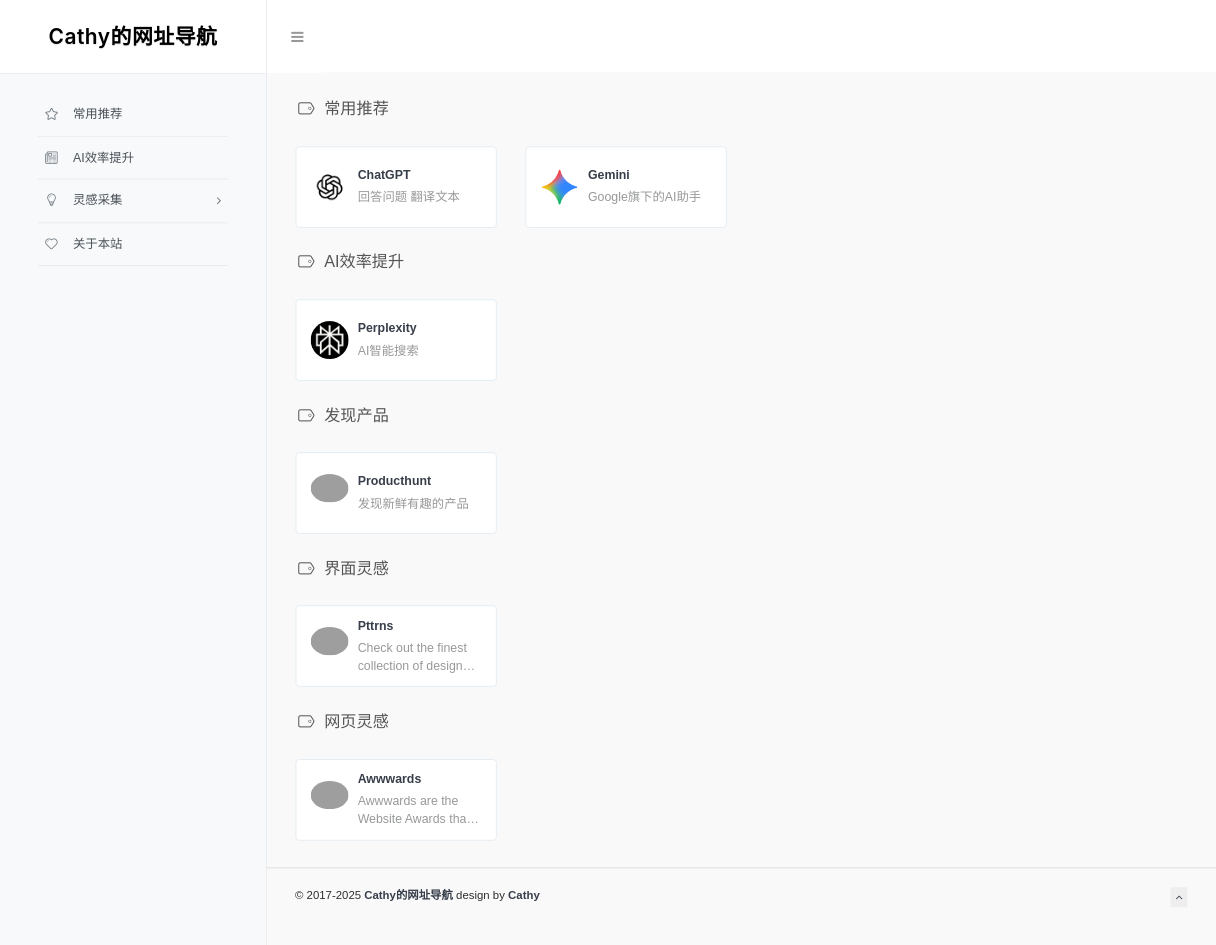
Repository: SweetPomelo0/AINav
Page: cn/index.html
These files come from the project's save history. The page is drawn as it stood at one moment and after the next save; the edit follows.
The browser window is 1280 px wide. The pictures show the whole page, at 95% of full size.
Pictures or frames that could not be fetched are drawn as grey boxes.

Above is the page before, as saved 2025-07-24 23:05:03.

### cn/index.html
<!doctype html>
<html lang="zh">
  <head>
    <meta charset="utf-8" />
    <meta http-equiv="X-UA-Compatible" content="IE=edge" />
    <meta name="viewport" content="width=device-width, initial-scale=1.0" />
    <meta name="author" content="viggo" />
    <title>Cathy的网址导航</title>
    <meta name="keywords" content="Cathy的网址导航,收集工作中常用网址" />
    <meta name="description" content="Cathy的网址导航,收集工作中常用网址" />
    <link rel="shortcut icon" href="../assets/images/favicon.png" />
    <link
      rel="stylesheet"
      href="http://fonts.googleapis.com/css?family=Arimo:400,700,400italic"
    />
    <link
      rel="stylesheet"
      href="../assets/css/fonts/linecons/css/linecons.css"
    />
    <link
      rel="stylesheet"
      href="../assets/css/fonts/fontawesome/css/font-awesome.min.css"
    />
    <link rel="stylesheet" href="../assets/css/bootstrap.css" />
    <link rel="stylesheet" href="../assets/css/xenon-core.css" />
    <link rel="stylesheet" href="../assets/css/xenon-components.css" />
    <link rel="stylesheet" href="../assets/css/xenon-skins.css" />
    <link rel="stylesheet" href="../assets/css/nav.css" />
    <style>
      /* 自定义logo文字样式 */
      .logo-text {
        text-decoration: none !important;
        display: block;
      }

      .logo-title {
        background: linear-gradient(135deg, #000000 0%, #000000 50%, #000000 100%);
        -webkit-background-clip: text;
        -webkit-text-fill-color: transparent;
        background-clip: text;
        font-size: 22px;
        font-weight: 600;
        font-family: 'Microsoft YaHei', 'PingFang SC', 'SF Pro Display', 'Helvetica Neue', Arial, sans-serif;
        text-decoration: none;
        display: block;
        line-height: 1.3;
        letter-spacing: 0.5px;
        transition: all 0.3s ease;
        text-shadow: 0 1px 1px rgba(0,0,0,0.1);
        text-align: center;
        width: 100%;
        /* 调整上下间距 */
        padding: 5px 0;
      }

      .logo-title-collapsed {
         color: #ffffff;
         font-size: 22px;
         font-weight: 700;
         font-family: 'Microsoft YaHei', 'PingFang SC', 'SF Pro Display', 'Helvetica Neue', Arial, sans-serif;
         text-decoration: none;
         display: inline-block;
         line-height: 1;
         text-align: center;
         width: 42px;
         height: 42px;
         line-height: 42px;
         background: linear-gradient(135deg, #000000 0%, #000000 50%, #000000 100%);
         border-radius: 12px;
         transition: all 0.3s cubic-bezier(0.4, 0, 0.2, 1);
         box-shadow: 0 4px 12px rgba(30, 136, 229, 0.3);
         border: 2px solid rgba(255, 255, 255, 0.1);
       }


      /* 确保logo容器样式 */
       .sidebar-menu .logo-env .logo {
         text-align: center !important;
         width: 100% !important;
         float: none !important;
         display: flex !important;
         justify-content: center !important;
         align-items: center !important;
       }

       /* 添加微妙的发光效果
       .logo-title::before {
         content: '';
         position: absolute;
         top: 0;
         left: 0;
         right: 0;
         bottom: 0;
         background: linear-gradient(135deg, rgba(199, 129, 191, 0.1) 0%, rgba(199, 129, 191, 0.1) 100%);
         border-radius: 8px;
         opacity: 0;
         transition: opacity 0.3s ease;
         z-index: -1;
       }*/

       .logo-text:hover .logo-title::before {
         opacity: 1;
       }

       /* 为logo文字添加相对定位 */
       .logo-title {
         position: relative;
       }

       /* 浅色侧边栏主题样式 */
       .sidebar-menu {
         background: #f8f9fa !important;
         border-right: 1px solid #e9ecef;
         box-shadow: 2px 0 10px rgba(0,0,0,0.1);
       }

       .sidebar-menu .logo-env {
         background: #ffffff;
         border-bottom: 1px solid #e9ecef !important;
         height: 78px;
       }

       .sidebar-menu .main-menu a {
         color: #495057 !important;
         border-bottom: 1px solid #e9ecef !important;
         transition: all 0.3s ease;
       }

       .sidebar-menu .main-menu a:hover {
         color: #007bff !important;
         background: #f1f3f4;
         padding-left: 15px;
         border-left: 3px solid #007bff;
       }

       .sidebar-menu .main-menu li.active > a {
         color: #007bff !important;
         background: #e3f2fd;
         border-left: 3px solid #007bff;
         font-weight: 500;
       }

       .sidebar-menu .main-menu a > i {
         color: #6c757d;
       }

       .sidebar-menu .main-menu a:hover > i,
       .sidebar-menu .main-menu li.active > a > i {
         color: #007bff;
       }

       .sidebar-menu .main-menu li.has-sub > a:before {
         color: #6c757d !important;
       }

       .sidebar-menu .main-menu li.has-sub:hover > a:before,
       .sidebar-menu .main-menu li.has-sub.active > a:before {
         color: #007bff !important;
       }

       /* 子菜单样式 */
       .sidebar-menu .main-menu ul li a {
         color: #6c757d !important;
         padding-left: 35px;
         font-size: 13px;
       }

       .sidebar-menu .main-menu ul li a:hover {
         color: #007bff !important;
         background: #f8f9fa;
         padding-left: 45px;
       }

       .sidebar-menu .main-menu ul li.active > a {
         color: #007bff !important;
         background: #e3f2fd;
         font-weight: 500;
       }

       /* 标签样式调整 */
       .sidebar-menu .main-menu .label {
         background: #28a745;
         color: white;
       }

       .sidebar-menu .main-menu .label-pink {
         background: #e91e63;
       }

       .sidebar-menu .main-menu .label-Primary {
         background: #007bff;
       }
    </style>
    <script src="../assets/js/jquery-1.11.1.min.js"></script>
  </head>

  <body class="page-body">
    <!-- skin-white -->
    <div class="page-container">
      <div class="sidebar-menu toggle-others fixed">
        <div class="sidebar-menu-inner">
          <header class="logo-env">
            <!-- logo -->
            <div class="logo">
              <a href="index.html" class="logo-expanded logo-text">
                <span class="logo-title">Cathy的网址导航</span>
              </a>
              <a href="index.html" class="logo-collapsed logo-text">
                <span class="logo-title-collapsed">C</span>
              </a>
            </div>

          </header>
          <ul id="main-menu" class="main-menu">
            <li>
              <a href="#常用推荐" class="smooth">
                <i class="linecons-star"></i>
                <span class="title">常用推荐</span>
              </a>
            </li>
            <li>
              <a href="#AI效率提升" class="smooth">
                <i class="linecons-doc"></i>
                <span class="title">AI效率提升</span>
              </a>
            </li>
            <li>
              <a>
                <i class="linecons-lightbulb"></i>
                <span class="title">灵感采集</span>
              </a>
              <ul>
                <li>
                  <a href="#发现产品" class="smooth">
                    <span class="title">发现产品</span>
                  </a>
                </li>
                <li>
                  <a href="#界面灵感" class="smooth">
                    <span class="title">界面灵感</span>
                  </a>
                </li>
                <li>
                  <a href="#网页灵感" class="smooth">
                    <span class="title">网页灵感</span>
                    <span class="label label-pink pull-right hidden-collapsed"
                      >Hot</span
                    >
                  </a>
                </li>

              </ul>
            </li>

            <li>
              <a href="about.html">
                <i class="linecons-heart"></i>
                <span class="tooltip-blue">关于本站</span>
                <!-- <span class="label label-Primary pull-right hidden-collapsed"
                  > </span> -->
              </a>
            </li>

          </ul>
        </div>
      </div>
      <div class="main-content">
        <nav class="navbar user-info-navbar" role="navigation">
          <!-- User Info, Notifications and Menu Bar -->
          <!-- Left links for user info navbar -->
          <ul class="user-info-menu left-links list-inline list-unstyled">
            <li class="hidden-sm hidden-xs">
              <a href="#" data-toggle="sidebar">
                <i class="fa-bars"></i>
              </a>
            </li>
        </nav>

        <!-- 常用推荐 -->
        <h4 class="text-gray">
          <i class="linecons-tag" style="margin-right: 7px" id="常用推荐"></i>常用推荐
        </h4>
        <div class="row">
          <div class="col-sm-3">
            <div
              class="xe-widget xe-conversations box2 label-info"
              onclick="window.open('https://chatgpt.com/', '_blank')"
              data-toggle="tooltip"
              data-placement="bottom"
              title=""
              data-original-title="https://chatgpt.com/"
            >
              <div class="xe-comment-entry">
                <a class="xe-user-img">
                  <img
                    data-src="../assets/images/logos/chatgpt.png"
                    class="lozad img-circle"
                    width="40"
                  />
                </a>
                <div class="xe-comment">
                  <a href="#" class="xe-user-name overflowClip_1">
                    <strong>ChatGPT</strong>
                  </a>
                  <p class="overflowClip_2">
                    回答问题 翻译文本
                  </p>
                </div>
              </div>
            </div>
          </div>
          <div class="col-sm-3">
            <div
              class="xe-widget xe-conversations box2 label-info"
              onclick="window.open('https://gemini.google.com/app', '_blank')"
              data-toggle="tooltip"
              data-placement="bottom"
              title=""
              data-original-title="https://gemini.google.com/app"
            >
              <div class="xe-comment-entry">
                <a class="xe-user-img">
                  <img
                    data-src="../assets/images/logos/gemini.png"
                    class="lozad img-circle"
                    width="40"
                  />
                </a>
                <div class="xe-comment">
                  <a href="#" class="xe-user-name overflowClip_1">
                    <strong> Gemini</strong>
                  </a>
                  <p class="overflowClip_2">
                    Google旗下的AI助手
                  </p>
                </div>
              </div>
          </div>





          </div>
        </div>
        <br />
        <!-- END 常用推荐 -->

        <!-- AI效率提升 -->
        <h4 class="text-gray">
          <i class="linecons-tag" style="margin-right: 7px" id="AI效率提升"></i
          >AI效率提升
        </h4>
        <div class="row">
          <div class="col-sm-3">
            <div
              class="xe-widget xe-conversations box2 label-info"
              onclick="window.open('https://www.perplexity.ai/', '_blank')"
              data-toggle="tooltip"
              data-placement="bottom"
              title=""
              data-original-title="https://www.perplexity.ai/"
            >
              <div class="xe-comment-entry">
                <a class="xe-user-img">
                  <img
                    data-src="../assets/images/logos/perplexity.png"
                    class="lozad img-circle"
                    width="40"
                  />
                </a>
                <div class="xe-comment">
                  <a href="#" class="xe-user-name overflowClip_1">
                    <strong>Perplexity</strong>
                  </a>
                  <p class="overflowClip_2">
                    AI智能搜索
                  </p>
                </div>
              </div>
            </div>
          </div>
        </div>

        <br />
        <!--END AI提效 -->
        <!-- 发现产品 -->
        <h4 class="text-gray">
          <i class="linecons-tag" style="margin-right: 7px" id="发现产品"></i
          >发现产品
        </h4>
        <div class="row">
          <div class="col-sm-3">
            <div
              class="xe-widget xe-conversations box2 label-info"
              onclick="window.open('https://www.producthunt.com/', '_blank')"
              data-toggle="tooltip"
              data-placement="bottom"
              title=""
              data-original-title="https://www.producthunt.com/"
            >
              <div class="xe-comment-entry">
                <a class="xe-user-img">
                  <img
                    data-src="../assets/images/logos/producthunt.png"
                    class="lozad img-circle"
                    width="40"
                  />
                </a>
                <span
                  class="label label-info"
                  data-toggle="tooltip"
                  data-placement="left"
                  title=""
                  data-original-title="Hello I am a Tooltip"
                ></span>
                <div class="xe-comment">
                  <a href="#" class="xe-user-name overflowClip_1">
                    <strong>Producthunt</strong>
                  </a>
                  <p class="overflowClip_2">发现新鲜有趣的产品</p>
                </div>
              </div>
            </div>
          </div>
        </div>
        <br />
        <!--END 发现产品 -->
        <!-- 界面灵感 -->
        <h4 class="text-gray">
          <i class="linecons-tag" style="margin-right: 7px" id="界面灵感"></i
          >界面灵感
        </h4>
        <div class="row">
          <div class="col-sm-3">
            <div
              class="xe-widget xe-conversations box2 label-info"
              onclick="window.open('https://www.pttrns.com/', '_blank')"
              data-toggle="tooltip"
              data-placement="bottom"
              title=""
              data-original-title="https://www.pttrns.com/"
            >
              <div class="xe-comment-entry">
                <a class="xe-user-img">
                  <img
                    data-src="../assets/images/logos/Pttrns.png"
                    class="lozad img-circle"
                    width="40"
                  />
                </a>
                <div class="xe-comment">
                  <a href="#" class="xe-user-name overflowClip_1">
                    <strong>Pttrns</strong>
                  </a>
                  <p class="overflowClip_2">
                    Check out the finest collection of design patterns,
                    resources, mobile apps and inspiration
                  </p>
                </div>
              </div>
            </div>
          </div>

        </div>
        <!--END 界面灵感 -->
        <br />
        <!-- 网页灵感 -->
        <h4 class="text-gray">
          <i class="linecons-tag" style="margin-right: 7px" id="网页灵感"></i
          >网页灵感
        </h4>
        <div class="row">
          <div class="col-sm-3">
            <div
              class="xe-widget xe-conversations box2 label-info"
              onclick="window.open('https://www.awwwards.com/', '_blank')"
              data-toggle="tooltip"
              data-placement="bottom"
              title=""
              data-original-title="https://www.awwwards.com/"
            >
              <div class="xe-comment-entry">
                <a class="xe-user-img">
                  <img
                    data-src="../assets/images/logos/awwwards.png"
                    class="lozad img-circle"
                    width="40"
                  />
                </a>
                <div class="xe-comment">
                  <a href="#" class="xe-user-name overflowClip_1">
                    <strong>Awwwards</strong>
                  </a>
                  <p class="overflowClip_2">
                    Awwwards are the Website Awards that recognize and promote
                    the talent and effort of the best developers, designers and
                    web agencies in the world.
                  </p>
                </div>
              </div>
            </div>
          </div>

        </div>

        <br />

        <footer class="main-footer sticky footer-type-1">
          <div class="footer-inner">
            <!-- Add your copyright text here -->
            <div class="footer-text">
              &copy; 2017-2025
              <a href="../cn/about.html"><strong>Cathy的网址导航</strong></a> design by
              <a href="https://www.viggoz.com" target="_blank"
                ><strong>Cathy</strong></a
              >
              <!--  - Purchase for only <strong>23$</strong> -->
            </div>
            <!-- Go to Top Link, just add rel="go-top" to any link to add this functionality -->
            <div class="go-up">
              <a href="#" rel="go-top">
                <i class="fa-angle-up"></i>
              </a>
            </div>
          </div>
        </footer>
      </div>
    </div>
    <!-- 锚点平滑移动 -->
    <script type="text/javascript">
      $(document).ready(function () {
        //img lazy loaded
        const observer = lozad();
        observer.observe();

        $(document).on("click", ".has-sub", function () {
          var _this = $(this);
          if (!$(this).hasClass("expanded")) {
            setTimeout(function () {
              _this.find("ul").attr("style", "");
            }, 300);
          } else {
            $(".has-sub ul").each(function (id, ele) {
              var _that = $(this);
              if (_this.find("ul")[0] != ele) {
                setTimeout(function () {
                  _that.attr("style", "");
                }, 300);
              }
            });
          }
        });
        $(".user-info-menu .hidden-sm").click(function () {
          if ($(".sidebar-menu").hasClass("collapsed")) {
            $(".has-sub.expanded > ul").attr("style", "");
          } else {
            $(".has-sub.expanded > ul").show();
          }
        });
        $("#main-menu li ul li").click(function () {
          $(this).siblings("li").removeClass("active"); // 删除其他兄弟元素的样式
          $(this).addClass("active"); // 添加当前元素的样式
        });
        $("a.smooth").click(function (ev) {
          ev.preventDefault();

          public_vars.$mainMenu
            .add(public_vars.$sidebarProfile)
            .toggleClass("mobile-is-visible");
          ps_destroy();
          $("html, body").animate(
            {
              scrollTop: $($(this).attr("href")).offset().top - 30,
            },
            {
              duration: 500,
              easing: "swing",
            }
          );
        });
        return false;
      });

      var href = "";
      var pos = 0;
      $("a.smooth").click(function (e) {
        $("#main-menu li").each(function () {
          $(this).removeClass("active");
        });
        $(this).parent("li").addClass("active");
        e.preventDefault();
        href = $(this).attr("href");
        pos = $(href).position().top - 30;
      });
    </script>
    <!-- Bottom Scripts -->
    <script src="../assets/js/bootstrap.min.js"></script>
    <script src="../assets/js/TweenMax.min.js"></script>
    <script src="../assets/js/resizeable.js"></script>
    <script src="../assets/js/joinable.js"></script>
    <script src="../assets/js/xenon-api.js"></script>
    <script src="../assets/js/xenon-toggles.js"></script>
    <!-- JavaScripts initializations and stuff -->
    <script src="../assets/js/xenon-custom.js"></script>
    <script src="../assets/js/lozad.js"></script>
  </body>
</html>

### assets/css/nav.css
.box2 {
  height: 86px;
  cursor: pointer;
  border-radius: 4px;
  padding: 0px 30px 0px 30px;
  background-color: #fff;
  border-radius: 4px;
  border: 1px solid #e4ecf3;
  margin: 20px 0 0 0;
  -webkit-transition: all 0.3s ease;
  -moz-transition: all 0.3s ease;
  -o-transition: all 0.3s ease;
  transition: all 0.3s ease;
}

.box2:hover {
  transform: translateY(-6px);
  -webkit-transform: translateY(-6px);
  -moz-transform: translateY(-6px);
  box-shadow: 0 26px 40px -24px rgba(0, 36, 100, 0.3);
  -webkit-box-shadow: 0 26px 40px -24px rgba(0, 36, 100, 0.3);
  -moz-box-shadow: 0 26px 40px -24px rgba(0, 36, 100, 0.3);
  -webkit-transition: all 0.3s ease;
  -moz-transition: all 0.3s ease;
  -o-transition: all 0.3s ease;
  transition: all 0.3s ease;
}

.xe-comment-entry img {
  float: left;
  display: block;
  margin-right: 10px;
}
.xe-comment {
  transform: translateY(-50%);
  position: absolute;
  margin-left: 50px;
  top: 50%;
}
.xe-comment p {
  margin-bottom: 0px;
  margin-right: 15px;
}
.overflowClip_1 {
  overflow: hidden;
  text-overflow: ellipsis;
  display: -webkit-box;
  -webkit-line-clamp: 1;
  -webkit-box-orient: vertical;
}
.overflowClip_2 {
  overflow: hidden;
  text-overflow: ellipsis;
  display: -webkit-box;
  -webkit-line-clamp: 2;
  -webkit-box-orient: vertical;
  margin-top: 5px;
}

.submit-tag {
  margin-top: 50px;
}

.img-circle {
  padding: 7px 0;
}

Loaded but not shown: assets/css/fonts/linecons/css/linecons.css (common file); assets/css/fonts/fontawesome/css/font-awesome.min.css (library); assets/css/bootstrap.css (library); assets/css/xenon-core.css (library); assets/css/xenon-components.css (library); assets/css/xenon-skins.css (library); assets/js/jquery-1.11.1.min.js (library); assets/js/bootstrap.min.js (library); assets/js/TweenMax.min.js (library); assets/js/joinable.js (library); assets/js/xenon-custom.js (1950 lines, source omitted); assets/js/xenon-toggles.js (321 lines, source omitted); assets/js/lozad.js (173 lines, source omitted); assets/js/resizeable.js (122 lines, source omitted); assets/js/xenon-api.js (91 lines, source omitted)

After the next save:
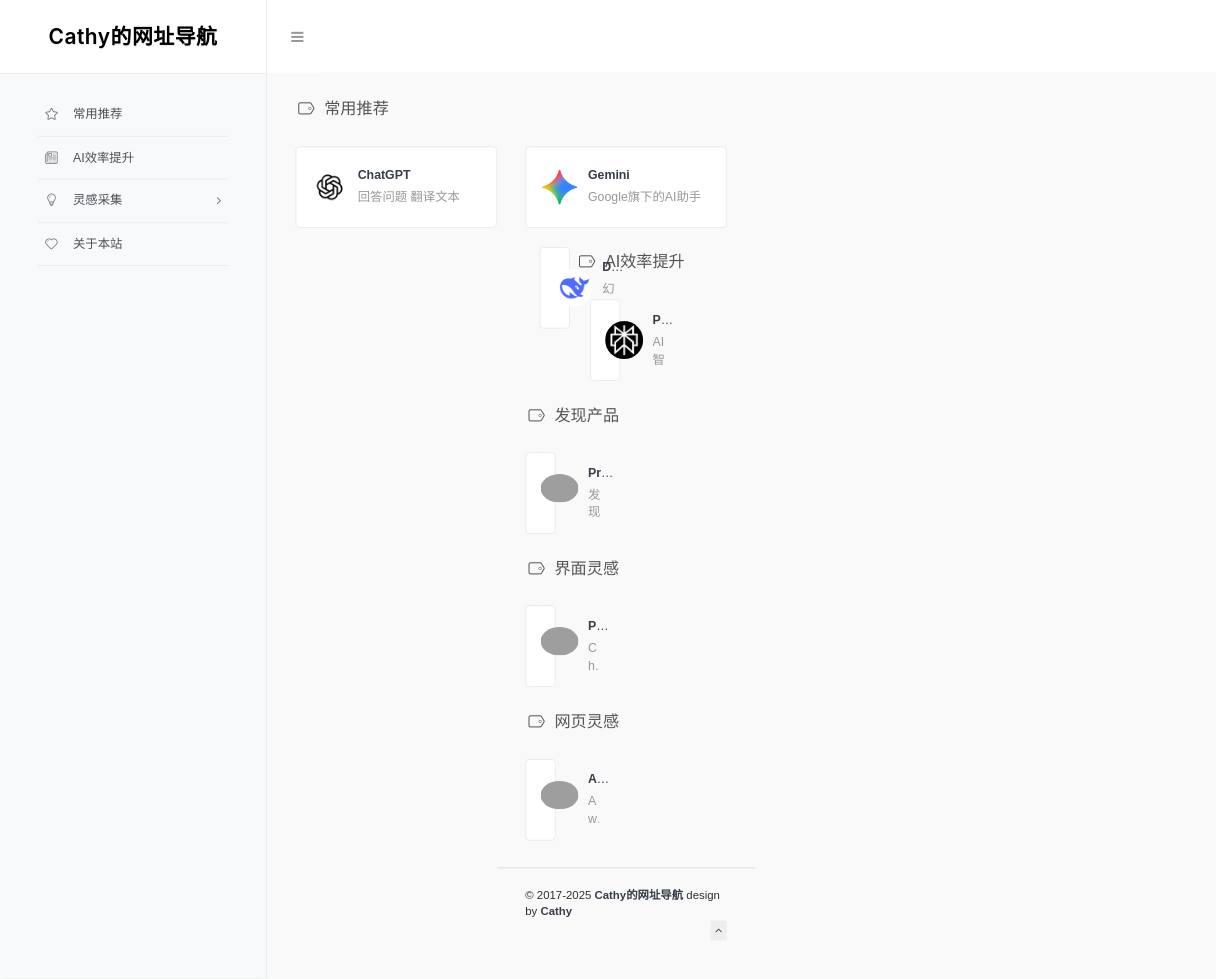
Saved 70 s later.
--- a/cn/index.html
+++ b/cn/index.html
@@ -337,11 +337,35 @@
               </div>
           </div>
 
-
-
-
-
-          </div>
+          <div class="col-sm-3">
+            <div
+              class="xe-widget xe-conversations box2 label-info"
+              onclick="window.open('https://chat.deepseek.com/', '_blank')"
+              data-toggle="tooltip"
+              data-placement="bottom"
+              title=""
+              data-original-title="https://chat.deepseek.com/"
+            >
+              <div class="xe-comment-entry">
+                <a class="xe-user-img">
+                  <img
+                    data-src="../assets/images/logos/deepseek.png"
+                    class="lozad img-circle"
+                    width="40"
+                  />
+                </a>
+                <div class="xe-comment">
+                  <a href="#" class="xe-user-name overflowClip_1">
+                    <strong> DeepSeek</strong>
+                  </a>
+                  <p class="overflowClip_2">
+                    幻方量化推出的AI智能助手
+                  </p>
+                </div>
+              </div>
+          </div>
+
+
         </div>
         <br />
         <!-- END 常用推荐 -->
